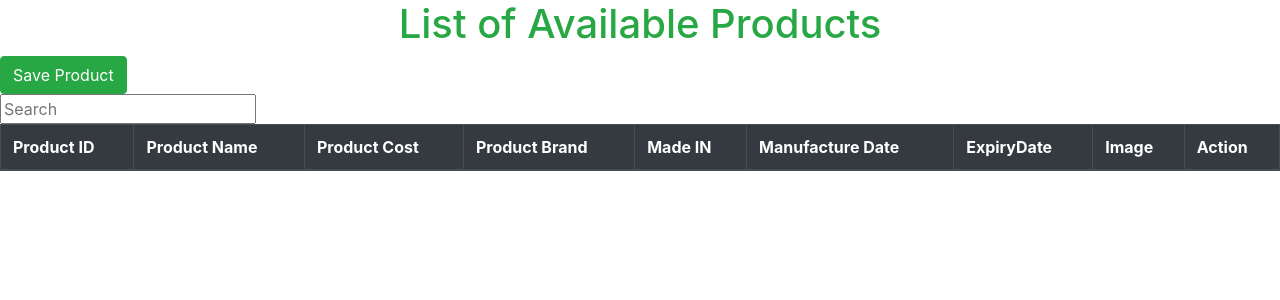
Repository: pavan1697/advJavaProjects
Page: http://localhost/ProductProject/productList.jsp
These files come from the project's save history. The page is drawn as it stood at one moment and after the next save; the edit follows.
The browser window is 1280 px wide. The pictures show the whole page.
The page is served by Tomcat 9. Queries for data that is not in the repository find no rows.

Above is the page before, as saved 2024-03-09 07:10:21.

After the next save:
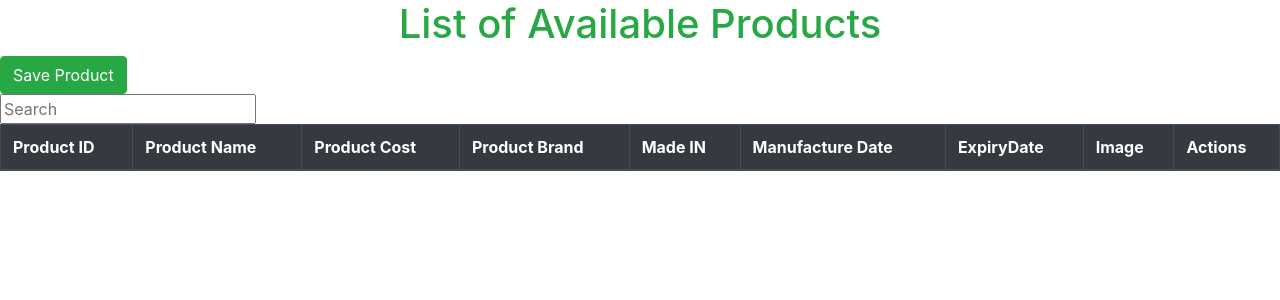
Saved 63 s later.
--- a/ProductProject/src/main/webapp/productList.jsp
+++ b/ProductProject/src/main/webapp/productList.jsp
@@ -57,7 +57,7 @@
 			<th>Manufacture Date</th>
 			<th>ExpiryDate</th>
 			<th>Image</th>
-			<th>Action</th>
+			<th>Actions</th>
 		</tr>
 		</thead>
 
